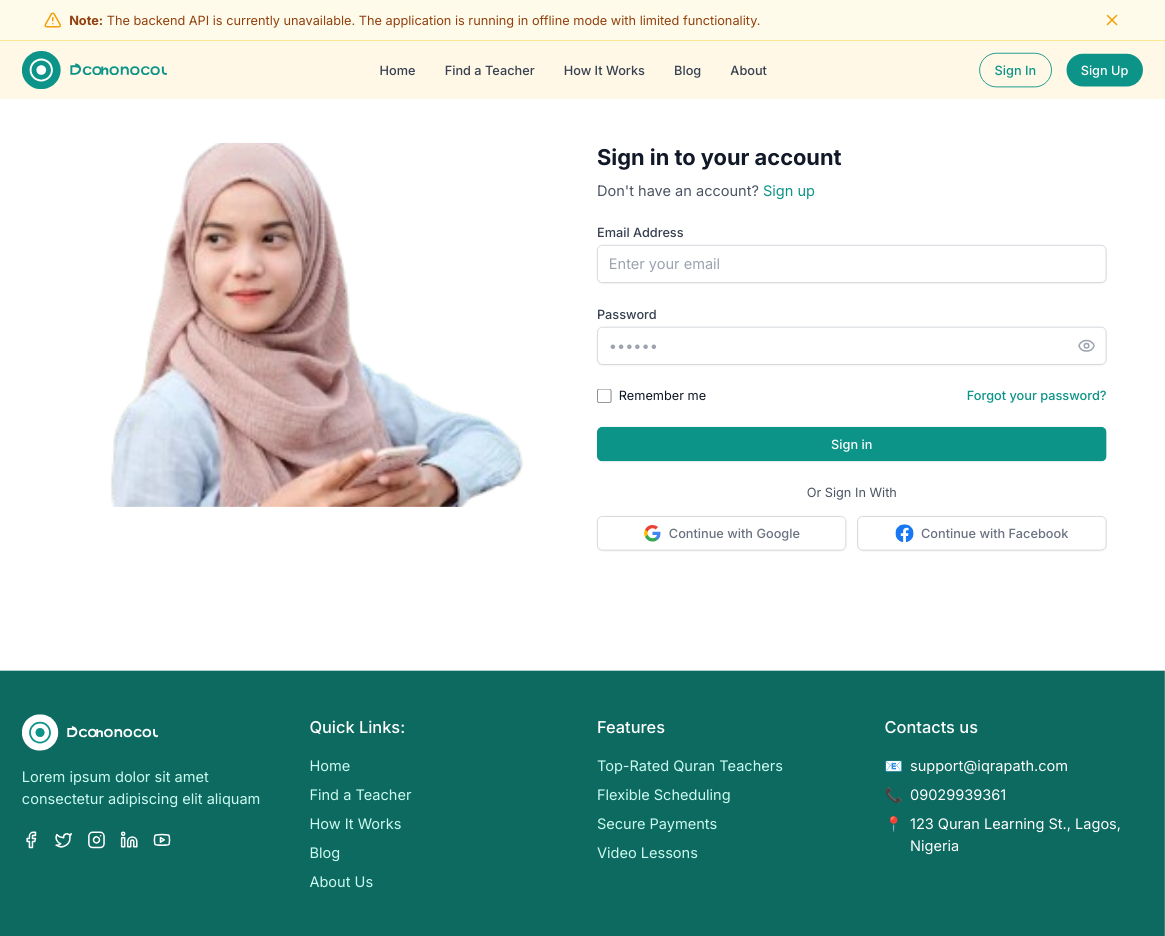
Repository: tafolabi009/originalq
Page: /auth/login
The author's editor kept a copy of each file at every save. The page is drawn from the files as they stood at one save, then again after a run of saves.
The browser window is 1280 px wide. The pictures show the whole page, at 91% of full size.
The page's requests for data from a server got no answer. The project was rebuilt for these pictures with package versions that can differ from the ones it lists, and the page was loaded fresh each time. The framework's server and built-in components were replaced by stand-ins that run in the browser. No one was signed in, and anything a server would have sent is missing. Also part of the build but not shown: next.config.mjs.

Above is the page before, as saved 2025-03-28 20:44:27.

After the next 2 saves:
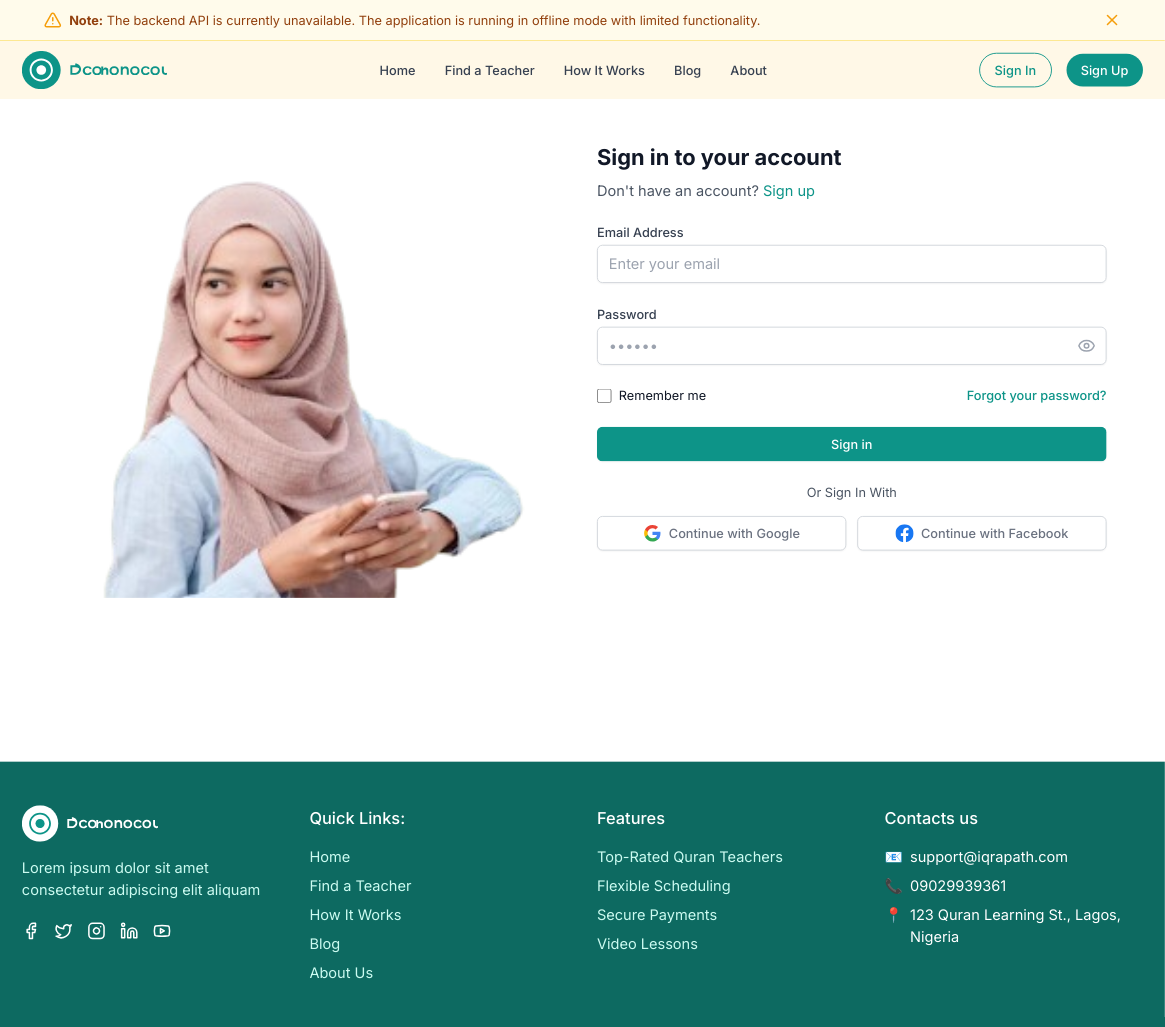
The 2 saves are shown as one change because they came seconds apart.
The last was saved 13 s later.
--- a/app/auth/login/page.tsx
+++ b/app/auth/login/page.tsx
@@ -72,7 +72,7 @@ export default function LoginPage() {
             <div className="bg-[transparent] rounded-lg overflow-hidden">
               <div className="relative h-full">
                 <div className="h-full flex flex-col">
-                  <div className="relative flex-1 min-h-[400px]">
+                  <div className="relative flex-1 min-h-[500px]">
                     <Image
                       src="/images/female-teacher.png"
                       alt="Female Teacher"
